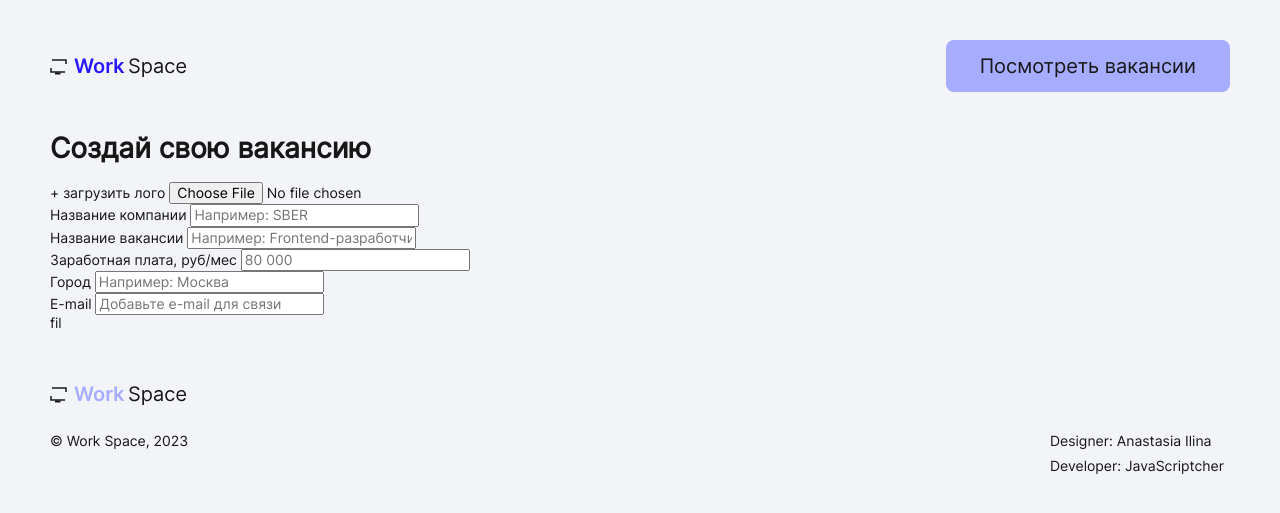
Repository: alexboagreek/workspace_js
Page: employer.html
These files come from the project's save history. The page is drawn as it stood at one moment and after the next save; the edit follows.
The browser window is 1280 px wide. The pictures show the whole page.

Above is the page before, as saved 2023-09-12 12:05:31.
Console error: TypeError: Cannot read properties of null (reading 'addEventListener')

After the next save:
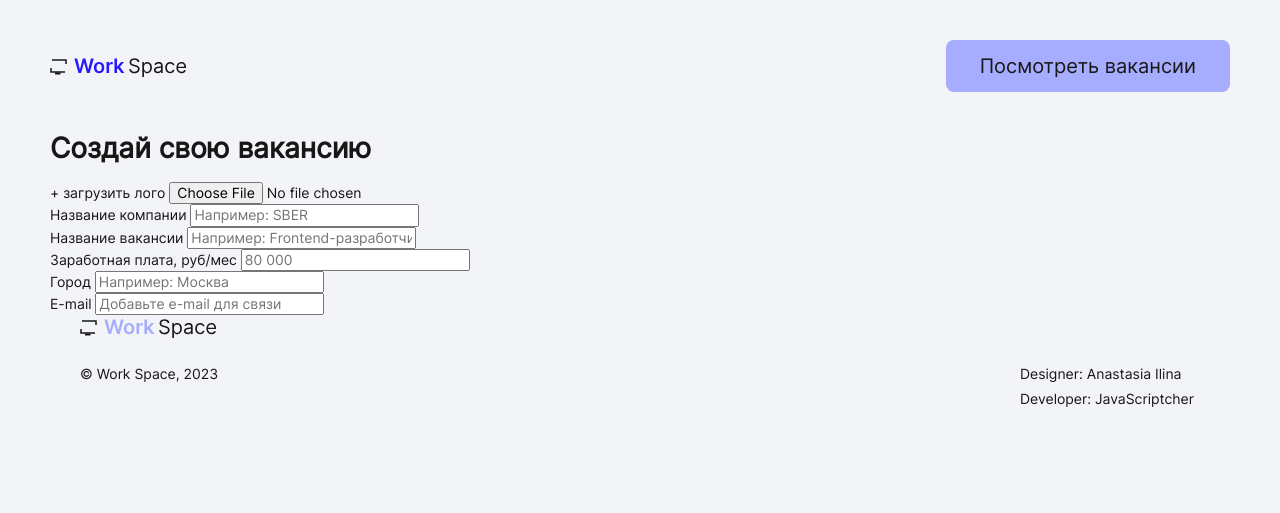
Saved 5 s later.
--- a/employer.html
+++ b/employer.html
@@ -113,7 +113,7 @@
               </fieldset>
             </div>
 
-            fil
+            <fieldset class="employer__fildset-></fieldset>
           </form>
         </div>
       </section>
